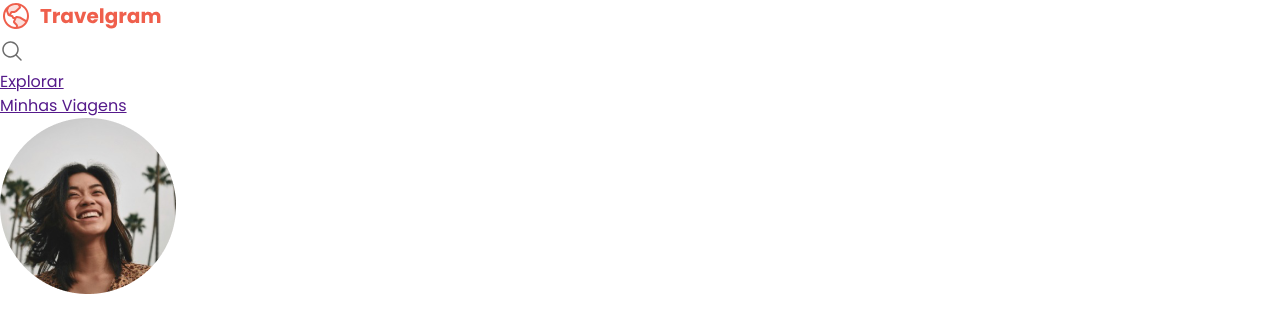
Repository: AbiezerSidonioJoseOdanacaJunior/projeto-travelgram
Page: index.html
These files come from the project's save history. The page is drawn as it stood at one moment and after the next save; the edit follows.
The browser window is 1280 px wide. The pictures show the whole page.
Some web fonts or font styles are not loaded; a fallback is used.

Above is the page before, as saved 2024-11-12 16:07:38.

### index.html
<!DOCTYPE html>
<html lang="pt-br">
<head>
    <meta charset="UTF-8">
    <meta name="viewport" content="width=device-width, initial-scale=1.0">
    <link rel="preconnect" href="https://fonts.googleapis.com">
    <link rel="preconnect" href="https://fonts.gstatic.com" crossorigin>
    <title>Travelgram</title>
    <link rel="stylesheet" href="styles/global.css">
    <link href="https://fonts.googleapis.com/css2?family=Alice&family=Playfair+Display:ital,wght@0,400..900;1,400..900&family=Poppins:wght@400;700&display=swap" rel="stylesheet">
</head>
<body>
    <nav>
        <a href="#" id="logo">
            <img src="/assets/Logo.svg" alt="Logo Marca">
        </a>
        <ul>
            <li>
                <img src="/assets/MagnifyingGlass.svg" alt="Icone de  Lupa">
            </li>
            <li><a href="">Explorar</a></li>
            <li><a href="">Minhas Viagens</a></li>
            <li><a href="">
                <img src="/assets/Profile pic.png" alt="Perfil Pic">
            </a></li>
        </ul>
    </nav>
<header></header>
</body>
</html>

### styles/global.css
* {
    padding: 0;
    margin: 0;
    box-sizing: border-box;
}

:root {
    --brand-clor: #EF5F4C;
    --backgoround-clor: #FFFFFF;
    --surface-color: #F5F5F5;
    --skeleton-color: #D9D9D9;
    --shape-tranparency: #ffffff90;
    --text-color-primary: #313131;
    --text-color-secondary: #6C6C6C;
    --font-family: "Poppins", sans-serif;
    --text: 16px/150% var(--font-family);
    --text-lg: bold 32px/125% var(--font-family);
    --text-md: 14px/170% var(--font-family);
    --text-sm: 12px/170% var(--font-family) ;

}

body {
    color: var(--text-color-primary);
    background-color: var(--backgoround-clor);
    font: var(--text);
}

After the next save:
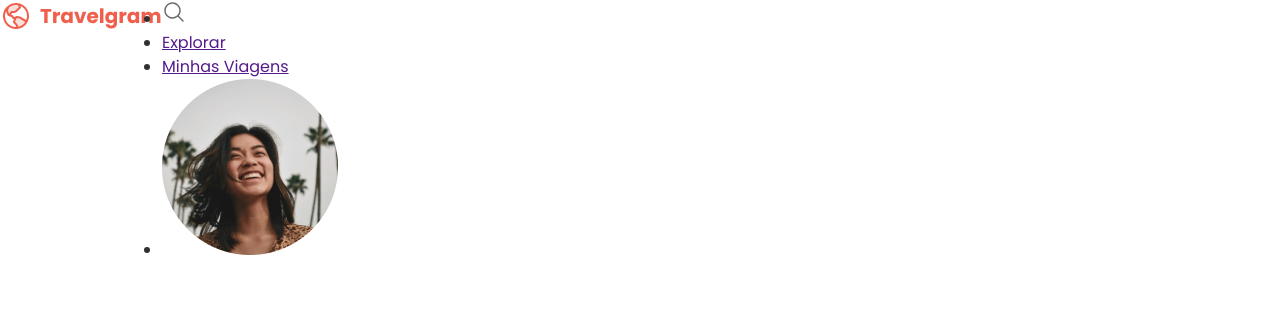
Saved 4 min 7 s later.
--- a/styles/global.css
+++ b/styles/global.css
@@ -25,3 +25,7 @@
     background-color: var(--backgoround-clor);
     font: var(--text);
 }
+
+nav{
+    display: flex;
+}
